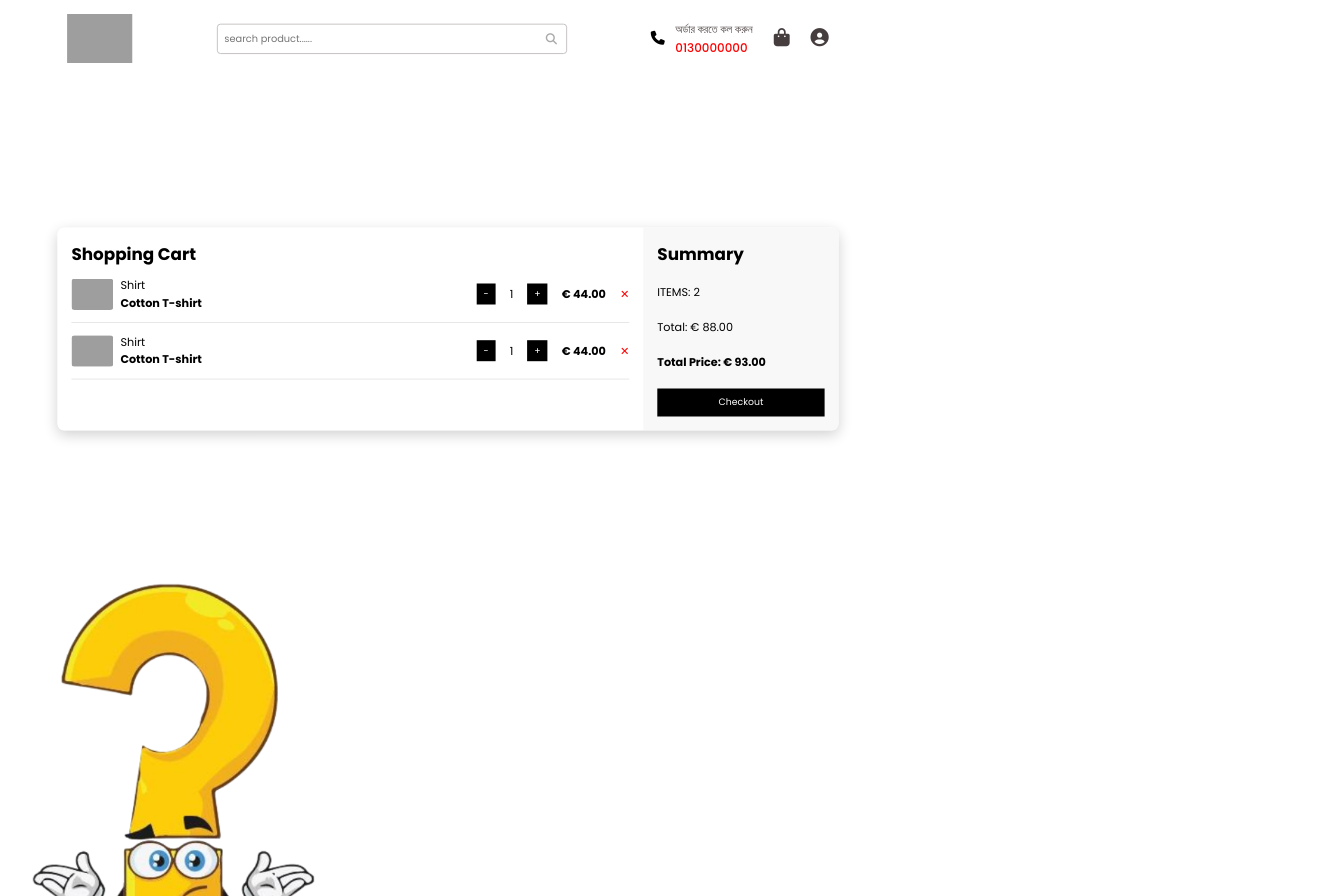
Repository: saifscripts/accessories-mart
Page: /cart
The author's editor kept a copy of each file at every save. The page is drawn from the files as they stood at one save, then again after the next save.
The browser window is 1280 px wide. The page is 3000 px wide, so the pictures cover 1920 px, including what lies to the right of the window. The pictures show the part of the page from y = 0 to 1280 px (the page is 7972 px tall), at 70% of full size.
Pictures or frames that could not be fetched are drawn as grey boxes. The page's requests for data from a server got no answer. The project was rebuilt for these pictures with package versions that can differ from the ones it lists, and the page was loaded fresh each time. No one was signed in, and anything a server would have sent is missing. Also part of the build but not shown: vite.config.js, src/App.jsx, src/components/Hero.jsx, src/components/Products.jsx, src/components/Loader.jsx, src/components/ProductSection.jsx, src/components/ProductsByClass.jsx, src/pages/Home.jsx and 2 more. Imported but missing from the stored project, and not drawn on this page: src/context/CartContext.

Above is the page before, as saved 2025-03-17 01:58:02.

After the next save:
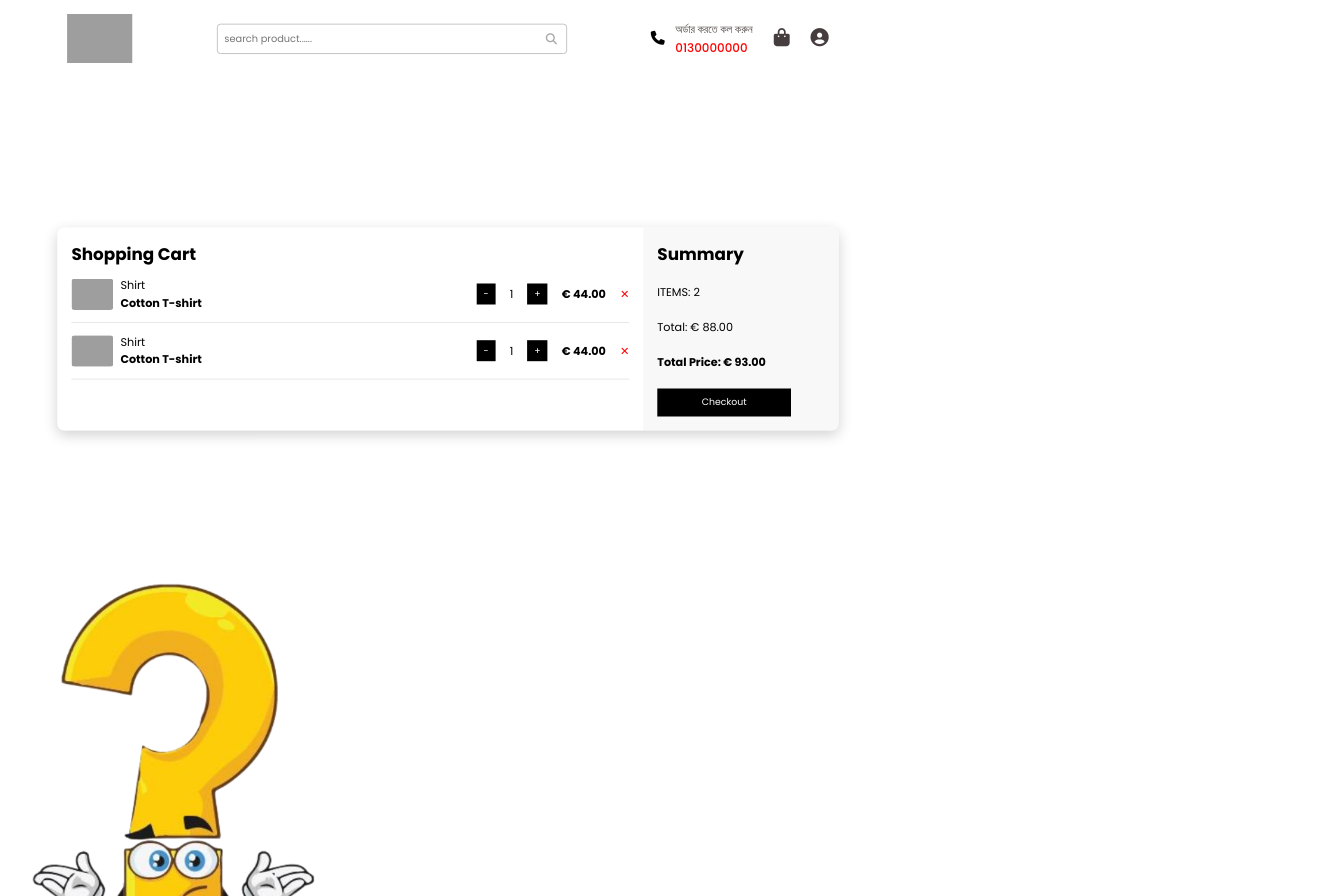
Saved 22 s later.
--- a/src/pages/Cart.jsx
+++ b/src/pages/Cart.jsx
@@ -36,7 +36,7 @@ const Cart = () => {
                     </div>
                 </div>
 
-                <div class="column checkout-button">
+                <div class="column button-cart">
                     <h2>Summary</h2><br />
                     <p>ITEMS: 2</p> <br />
                     <p>Total: &euro; 88.00</p> <br />
